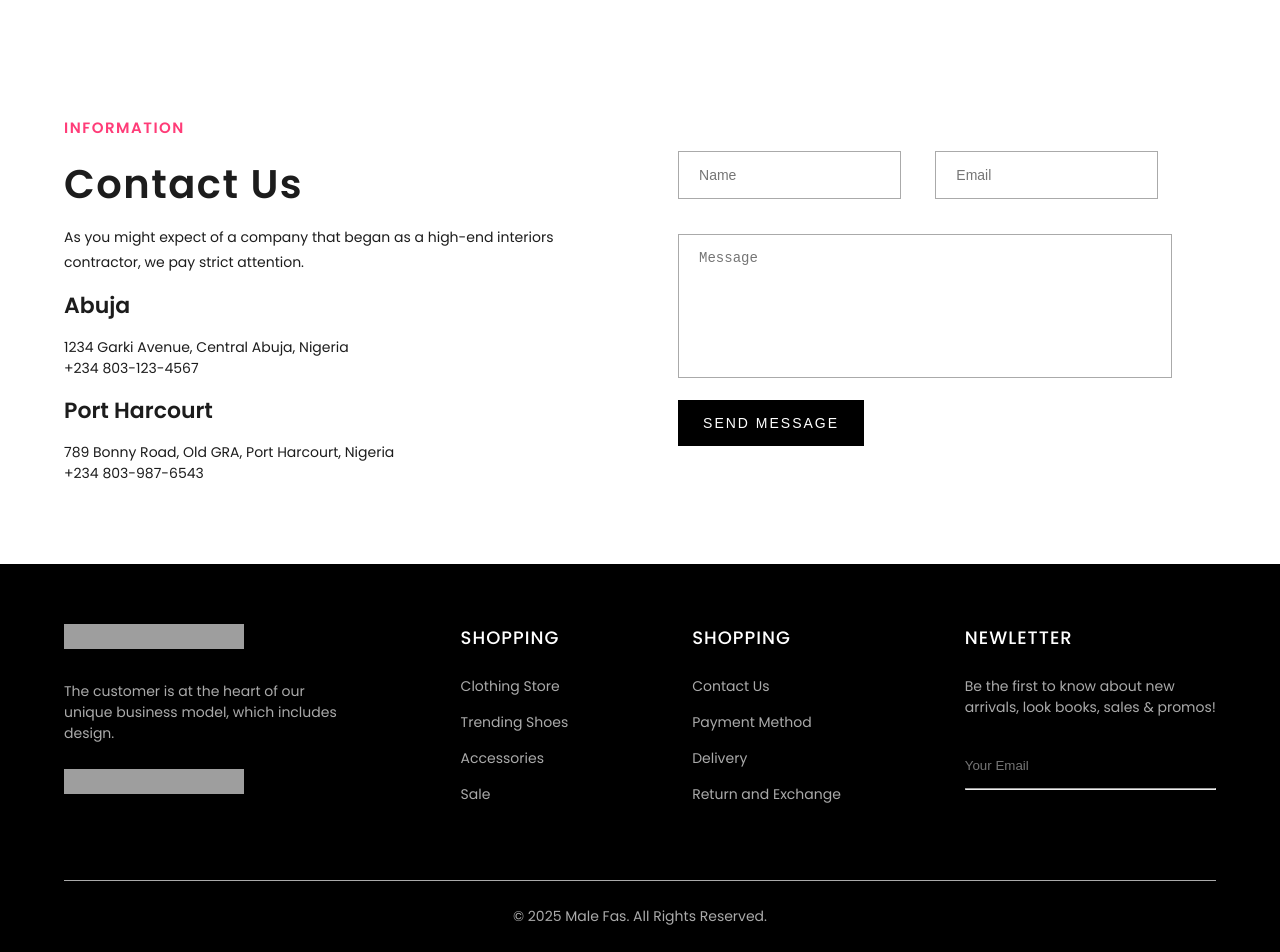
Repository: Patience225/ecommerce-app
Page: index.html
These files come from the project's save history. The page is drawn as it stood at one moment and after a run of saves; the edit follows.
The browser window is 1280 px wide. The pictures show the part of the page from y = 4128 to 5080 px (the page is 5080 px tall).
Pictures or frames that could not be fetched are drawn as grey boxes. A picture or video elsewhere on the page could not be fetched, so the positions and the page height are approximate.

Above is the page before, as saved 2025-02-10 15:40:12.

After the next 2 saves:
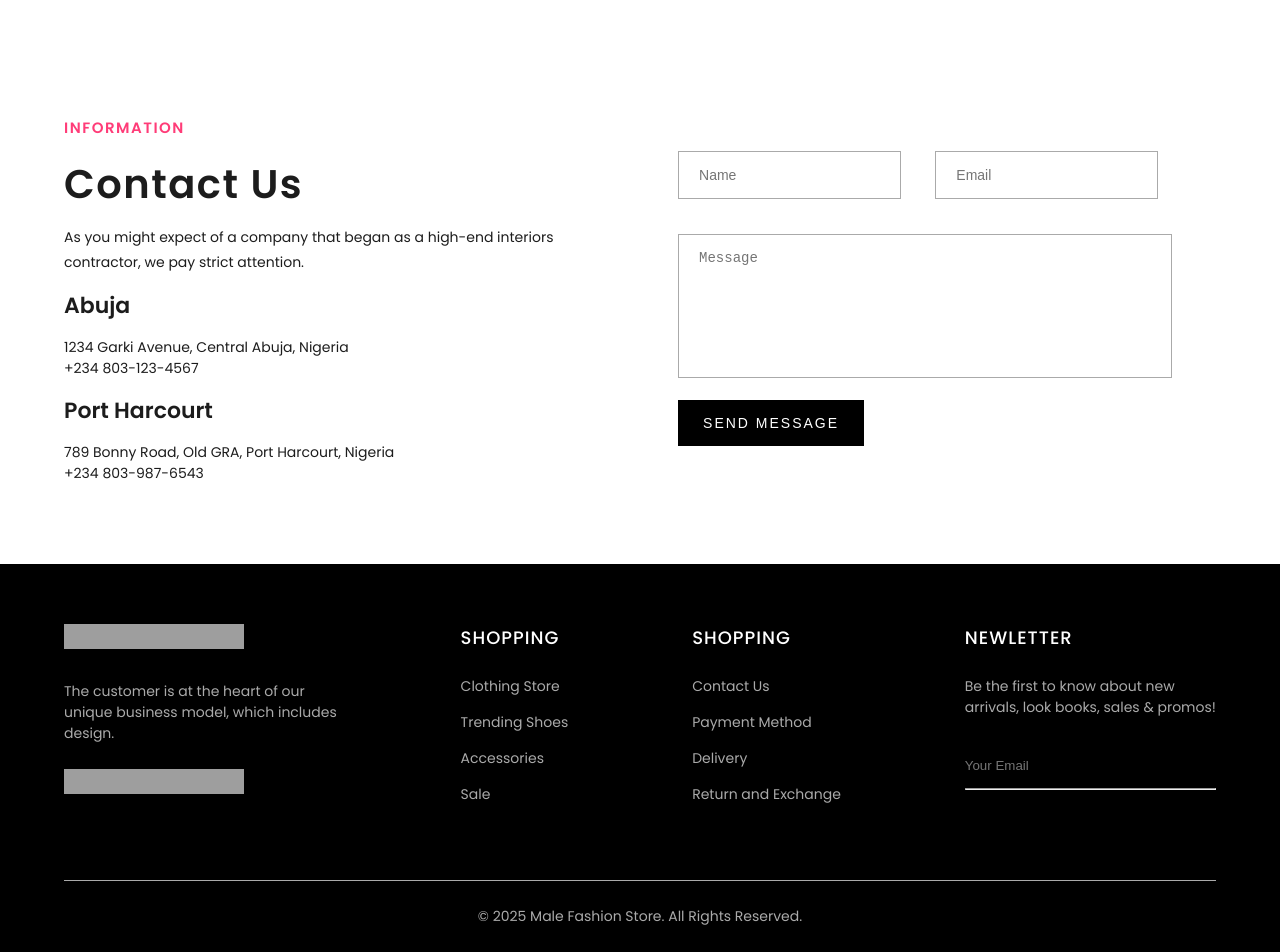
The 2 saves are shown as one change because they came seconds apart.
The last was saved 8 s later.
--- a/index.html
+++ b/index.html
@@ -518,7 +518,7 @@
       </div>
       <div class="f-design">
           <div class="f-design-txt container">
-            <p>&copy; 2025 Male Fas. All Rights Reserved.</p>
+            <p>&copy; 2025 Male Fashion Store. All Rights Reserved.</p>
           </div>
       </div>
   </footer>
